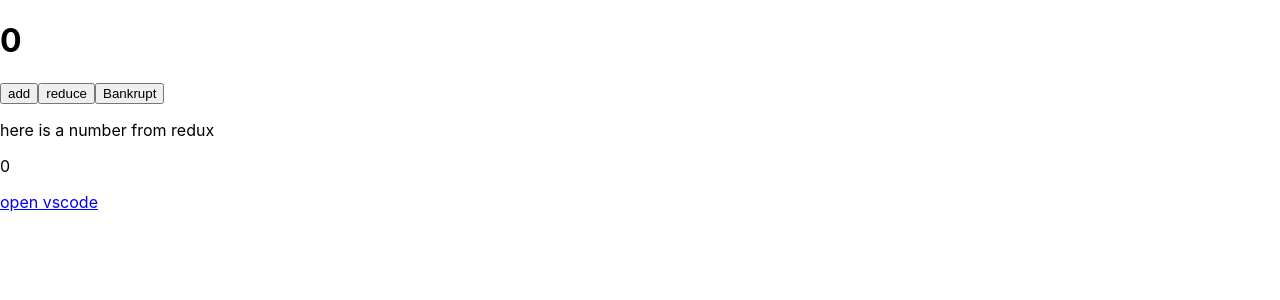
Repository: firefly-yy/react-projects
Page: / (app in 2022/react-redux-ts/)
The author's editor kept a copy of each file at every save. The page is drawn from the files as they stood at one save, then again after the next save.
The browser window is 1280 px wide. The pictures show the whole page.
The project was rebuilt for these pictures with package versions that can differ from the ones it lists, and the page was loaded fresh each time. Also part of the build but not shown: 2022/react-redux-ts/src/App.css.

Above is the page before, as saved 2022-01-11 15:55:20.

### 2022/react-redux-ts/src/index.tsx
import React from "react";
import ReactDOM from "react-dom";
import "./index.css";
import App from "./App";
import reportWebVitals from "./reportWebVitals";
import { Provider } from "react-redux";
import { store } from "./state/index";

ReactDOM.render(
  <React.StrictMode>
    <Provider store={store}>
      <App />
    </Provider>
  </React.StrictMode>,
  document.getElementById("root")
);

// If you want to start measuring performance in your app, pass a function
// to log results (for example: reportWebVitals(console.log))
// or send to an analytics endpoint. Learn more: https://bit.ly/CRA-vitals
reportWebVitals();

### 2022/react-redux-ts/src/App.tsx
import React from "react";
import "./App.css";
import { useDispatch, useSelector } from "react-redux";
import { bindActionCreators } from "redux";
import { actionCreators, State } from "./state";
import Test from "./components/Test";

function App() {
  const dispatch = useDispatch();
  const downloadTxtFile = () => {
    const element = document.createElement("a");
    const file = new Blob(["dsadsa"], {
      type: "text/plain",
    });
    element.href = URL.createObjectURL(file);
    element.download = "myFile.txt";
    // document.body.appendChild(element); // Required for this to work in FireFox
    element.click();
  };
  const { depositMoney, withdrawMoney, bankrupt } = bindActionCreators(
    actionCreators,
    dispatch
  );
  const amount = useSelector((state: State) => state.bank);

  return (
    <div className="app">
      <h1>{amount}</h1>
      <button
        onClick={() => {
          depositMoney(100);
        }}
      >
        add
      </button>
      <button
        onClick={() => {
          withdrawMoney(50);
        }}
      >
        reduce
      </button>
      <button
        onClick={() => {
          bankrupt();
        }}
      >
        Bankrupt
      </button>
      <Test />
      <a href="wy://">open vscode</a>
    </div>
  );
}

export default App;

### 2022/react-redux-ts/src/state/index.ts
export * as actionCreators from "./action-creators";
export * from "./store";
export * from "./reducers/index";

### 2022/react-redux-ts/src/components/Test.tsx
import React from "react";
import { useSelector } from "react-redux";
import { State } from "../state";

function Test() {
  const amount = useSelector((state: State) => state.bank);
  return (
    <div>
      <p>here is a number from redux</p>
      <p>{amount}</p>
    </div>
  );
}

export default Test;

### 2022/react-redux-ts/src/state/action-creators/index.ts
import { ActionType } from "../actions-types";
import { Dispatch } from "redux";
import { Action } from "../actions/index";

export const depositMoney = (amount: number) => {
  return (dispatch: Dispatch<Action>) => {
    dispatch({
      type: ActionType.DEPOSIT,
      payload: amount,
    });
  };
};

export const withdrawMoney = (amount: number) => {
  return (dispatch: Dispatch<Action>) => {
    dispatch({
      type: ActionType.WITHDRAW,
      payload: amount,
    });
  };
};
export const bankrupt = () => {
  return (dispatch: Dispatch<Action>) => {
    dispatch({
      type: ActionType.BANKRUPT,
    });
  };
};

### 2022/react-redux-ts/src/state/reducers/index.ts
import { combineReducers } from "redux";
import bankReducer from "./bankReducer";

const reducers = combineReducers({
  bank: bankReducer,
});

export default reducers;
export type State = ReturnType<typeof reducers>;

### 2022/react-redux-ts/src/state/actions-types/index.ts
export enum ActionType {
  DEPOSIT = "deposit",
  WITHDRAW = "withdraw",
  BANKRUPT = "bankrupt",
}

### 2022/react-redux-ts/src/state/reducers/bankReducer.ts
import { ActionType } from "../actions-types";
import { Action } from "../actions/index";

const initialState = 0;

const reducer = (state: number = initialState, action: Action) => {
  switch (action.type) {
    case ActionType.DEPOSIT:
      return state + action.payload;
    case ActionType.WITHDRAW:
      return state - action.payload;
    case ActionType.BANKRUPT:
      return 0;
    default:
      return state;
  }
};

export default reducer;

Loaded but not shown: 2022/react-redux-ts/public/index.html (common file); 2022/react-redux-ts/src/index.css (common file); 2022/react-redux-ts/src/reportWebVitals.ts (common file); 2022/react-redux-ts/src/state/store.ts (common file)

After the next save:
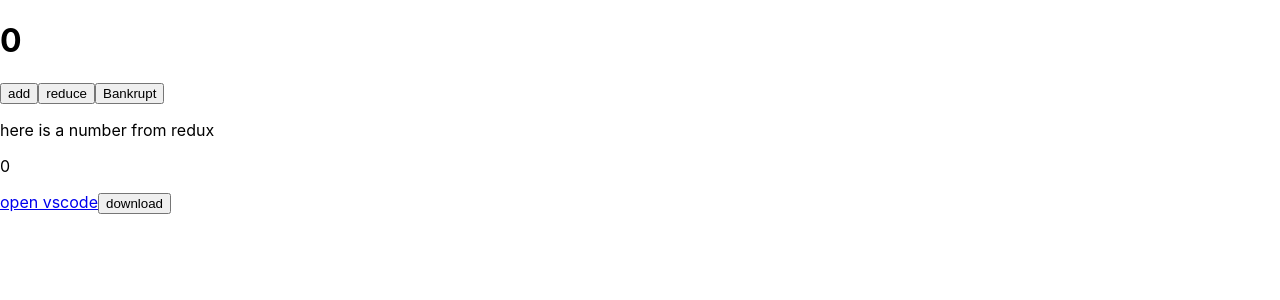
Saved 16 s later.
--- a/2022/react-redux-ts/src/App.tsx
+++ b/2022/react-redux-ts/src/App.tsx
@@ -49,6 +49,7 @@ function App() {
       </button>
       <Test />
       <a href="wy://">open vscode</a>
+      <button>download</button>
     </div>
   );
 }
